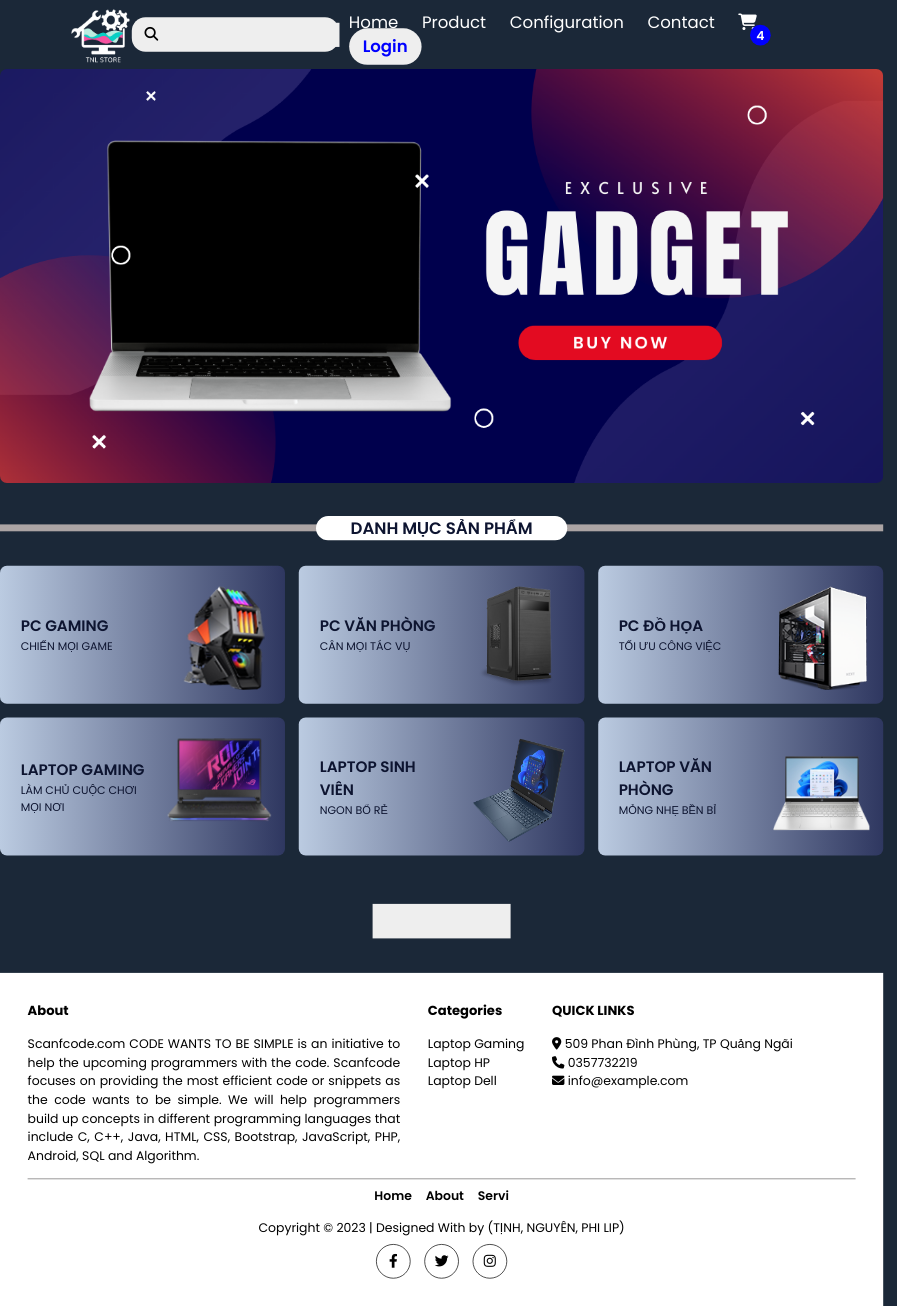
Repository: HPNChanel/DACS
Page: index.html
An editor plug-in stored every save of this project. The page is shown before and after the next save, followed by the edit.
The browser window is 1280 px wide. The page is 1300 px wide, so the pictures cover 1300 px, including what lies to the right of the window. The pictures show the whole page, at 69% of full size.

Above is the page before, as saved 2023-04-13 19:43:03.

### index.html
<!DOCTYPE html>
<html lang="en">
    <head>
        <meta charset="UTF-8" />
        <meta http-equiv="X-UA-Compatible" content="IE=edge" />
        <meta name="viewport" content="width=device-width, initial-scale=1.0" />
        <title>TNL Store</title>
        <link rel="stylesheet" href="./style/main.css" />
        <link rel="preconnect" href="https://fonts.googleapis.com" />
        <link rel="preconnect" href="https://fonts.gstatic.com" crossorigin />
        <link
            href="https://fonts.googleapis.com/css2?family=Poppins:ital,wght@0,100;0,200;0,300;0,400;0,500;0,600;0,700;1,100;1,200;1,300;1,400;1,500;1,700&display=swap"
            rel="stylesheet"
        />
        <link
            rel="stylesheet"
            href="https://cdnjs.cloudflare.com/ajax/libs/font-awesome/6.4.0/css/all.min.css"
            integrity="sha512-iecdLmaskl7CVkqkXNQ/ZH/XLlvWZOJyj7Yy7tcenmpD1ypASozpmT/E0iPtmFIB46ZmdtAc9eNBvH0H/ZpiBw=="
            crossorigin="anonymous"
            referrerpolicy="no-referrer"
        />
    </head>
    <body>
        <nav>
            <div class="nav-content">
                <div class="nav-logo">
                    <a href="">
                        <img
                            src="./image/Black Minimalist  Computer Service Logo (2)/5.png"
                            alt=""
                        />
                    </a>
                </div>
                <div class="nav-search">
                    <label for="nav-search">
                        <i class="fa fa-search"></i>
                        <input type="text" id="nav-search" />
                    </label>
                </div>
                <div class="nav-menu">
                    <a href="./index.html">Home</a>
                    <a href="./product.html">Product</a>
                    <a href="">Configuration</a>
                    <a href="#footer">Contact</a>
                    <a href="./cart/cart.html"
                        ><i class="fa-solid fa-cart-shopping"></i
                    ></a>
                    <a href="./Login_Registration/account.html" class="login"
                        >Login</a
                    >
                </div>
            </div>
        </nav>
        <main>
            <div class="slider">
                <div class="slides">
                    <input type="radio" name="radio-btn" id="radio1" />
                    <input type="radio" name="radio-btn" id="radio2" />
                    <input type="radio" name="radio-btn" id="radio3" />
                    <input type="radio" name="radio-btn" id="radio4" />

                    <div class="slide first">
                        <img src="./image/banner1.png" alt="" />
                    </div>
                    <div class="slide">
                        <img src="./image/banner2.png" alt="" />
                    </div>
                    <div class="slide">
                        <img src="./image/banner3.png" alt="" />
                    </div>
                    <div class="slide">
                        <img src="./image/banner4.png" alt="" />
                    </div>

                    <div class="navigation-auto">
                        <div class="auto-btn1"></div>
                        <div class="auto-btn2"></div>
                        <div class="auto-btn3"></div>
                        <div class="auto-btn4"></div>
                    </div>
                </div>

                <div class="navigation-manual">
                    <label for="radio1" class="munual-btn"></label>
                    <label for="radio2" class="munual-btn"></label>
                    <label for="radio3" class="munual-btn"></label>
                    <label for="radio4" class="munual-btn"></label>
                </div>
            </div>
            <!-- Block của content -->
            <div class="block">
                <div class="block-header">
                    <span class="block-header-title">DANH MỤC SẢN PHẨM</span>
                </div>
                <div class="block-content">
                    <a href="./product.html">
                        <div class="text">PC Gaming</div>
                        <div class="text-sub">Chiến mọi game</div>
                        <img src="./image/cat_maytinh_v2.png" alt="" />
                    </a>
                    <a href="./product.html">
                        <div class="text">PC Văn Phòng</div>
                        <div class="text-sub">Cân mọi tác vụ</div>
                        <img src="./image/cat-vanphong.png" alt="" />
                    </a>
                    <a href="./product.html">
                        <div class="text">PC Đồ họa</div>
                        <div class="text-sub">Tối ưu công việc</div>
                        <img src="./image/cat_dohoa_v3.png" alt="" />
                    </a>
                    <a href="./product.html">
                        <div class="text">Laptop Gaming</div>
                        <div class="text-sub">Làm chủ cuộc chơi mọi nơi</div>
                        <img
                            src="./image/cat_ laptop_v2.png"
                            alt=""
                            class="height-image"
                        />
                    </a>
                    <a href="./product.html">
                        <div class="text">Laptop sinh viên</div>
                        <div class="text-sub">Ngon bổ rẻ</div>
                        <img src="./image/laptop_sinhvien.png" alt="" />
                    </a>
                    <a href="./product.html">
                        <div class="text">Laptop Văn Phòng</div>
                        <div class="text-sub">Mỏng nhẹ bền bỉ</div>
                        <img src="./image/cat_laptop_hoctap_v2.png" alt="" />
                    </a>
                </div>
            </div>
            <a href="./product.html" class="next-product"> </a>
        </main>
        <!-- footer -->
        <footer id="footer">
            <div class="footer-top">
                <div class="footer-about">
                    <h6>About</h6>
                    <p>
                        Scanfcode.com CODE WANTS TO BE SIMPLE is an initiative
                        to help the upcoming programmers with the code.
                        Scanfcode focuses on providing the most efficient code
                        or snippets as the code wants to be simple. We will help
                        programmers build up concepts in different programming
                        languages that include C, C++, Java, HTML, CSS,
                        Bootstrap, JavaScript, PHP, Android, SQL and Algorithm.
                    </p>
                </div>
                <div class="footer-categories">
                    <h6>Categories</h6>
                    <a href=""><p>Laptop Gaming</p></a>
                    <a href=""><p>Laptop HP</p></a>
                    <a href=""><p>Laptop Dell</p></a>
                </div>
                <div class="footer-quickLinks">
                    <h6>QUICK LINKS</h6>
                    <p>
                        <i class="fa-sharp fa-solid fa-location-dot"> </i> 509
                        Phan Đình Phùng, TP Quảng Ngãi
                    </p>
                    <p><i class="fa fa-phone"></i> 0357732219</p>
                    <p><i class="fa-solid fa-envelope"></i> info@example.com</p>
                </div>
            </div>
            <div class="footer-bottom">
                <div class="footer-nav">
                    <a href=""> <p>Home</p> </a>
                    <a href=""> <p>About</p> </a>
                    <a href=""> <p>Servi</p> </a>
                </div>
                <p>
                    Copyright © 2023 | Designed With by (TỊNH, NGUYÊN, PHI LIP)
                </p>
                <div class="footer-icon-about">
                    <a href="">
                        <i class="fa-brands fa-facebook-f"></i>
                    </a>
                    <a href="">
                        <i class="fa-brands fa-twitter"></i>
                    </a>
                    <a href="">
                        <i class="fa-brands fa-instagram"></i>
                    </a>
                </div>
            </div>
        </footer>
        <script src="./javascript/main.js"></script>
    </body>
</html>

### style/main.css
* {
    margin: 0;
    padding: 0;
    box-sizing: border-box;
    list-style: none;
    text-decoration: none;
}
html {
    font-size: 62.5%;
    scroll-behavior: smooth;
}
body {
    font-family: "Poppins", sans-serif;
    font-size: 1.6rem;
    margin: 0 auto;
    background-color: #1b2838;
}
/* NAV */
nav {
    width: 100%;
    height: 100px;
    position: fixed;
    top: 0;
    left: 0;
    right: 0;
    background-color: #1b2838;
    z-index: 2;
    display: flex;
    align-items: center;
}
.nav-content {
    width: 100%;
    display: flex;
    align-items: center;
    justify-content: space-between;
    margin: 0 100px;
}
.nav-logo {
    width: 100px;
    height: 100px;
    object-fit: cover;
}
.nav-logo img {
    width: 100%;
    height: 100%;
}
.nav-search label {
    display: flex;
    align-items: center;
    justify-content: center;
    width: 300px;
    height: 50px;
    background-color: #eee;
    border-radius: 20px;
    cursor: pointer;
    /* margin-left: -300px; */
}
.nav-search i {
    font-size: 20px;
    padding-left: 20px;
}
.nav-search input {
    padding: 5px 15px 5px 15px;
    outline: none;
    background-color: inherit;
    border: none;
    font-size: 18px;
    line-height: 25px;
}
.nav-menu a {
    font-size: 24px;
    color: white;
    margin: 0 15px;
}
.nav-menu a:not(:last-child):hover {
    border-bottom: 3px solid #eee;
}
.nav-menu a:nth-child(5) {
    position: relative;
}
.nav-menu a:nth-child(5)::before {
    content: "4";
    position: absolute;
    top: 20px;
    right: -20px;
    font-size: 18px;
    font-weight: 600;
    width: 30px;
    height: 30px;
    color: white;
    background-color: blue;
    border-radius: 50%;
    display: flex;
    justify-content: center;
    align-items: center;
}
.nav-menu .login {
    padding: 10px 20px;
    border-radius: 30px;
    color: blue;
    background-color: #eee;
    font-weight: 600;
}
/* END NAV */
main {
    width: 1280px;
    margin: 0 auto;
    margin-top: 100px;
}
.slider {
    width: 1280px;
    height: 60rem;
    border-radius: 10px;
    overflow: hidden;
}
.slides {
    width: 500%;
    height: 50rem;
    display: flex;
}
.slides input {
    display: none;
}
.slide {
    width: 20%;
    transition: 2s;
}
.slide img {
    width: 1280px;
    height: 600px;
}

.navigation-manual {
    position: absolute;
    width: 1280px;
    display: flex;
    justify-content: center;
    margin-top: 40px;
}
.munual-btn {
    border: 2px solid var(--slide-background-color);
    padding: 5px;
    border-radius: 10px;
    cursor: pointer;
    transition: 1s;
}
.munual-btn:not(:last-child) {
    margin-right: 10px;
}
.munual-btn:hover {
    background-color: var(--slide-background-color);
}

#radio1:checked ~ .first {
    margin-left: 0;
}
#radio2:checked ~ .first {
    margin-left: -20%;
}
#radio3:checked ~ .first {
    margin-left: -40%;
}
#radio4:checked ~ .first {
    margin-left: -60%;
}

.navigation-auto {
    position: absolute;
    display: flex;
    width: 1280px;
    justify-content: center;
    margin-top: 540px;
}
.navigation-auto div {
    border: 2px solid var(--slide-background-color);
    padding: 5px;
    border-radius: 10px;
    transition: 1s;
}
.navigation-auto div:not(:last-child) {
    margin-right: 10px;
}

#radio1:checked ~ .navigation-auto .auto-btn1 {
    background-color: var(--slide-background-color);
}
#radio2:checked ~ .navigation-auto .auto-btn2 {
    background-color: var(--slide-background-color);
}
#radio3:checked ~ .navigation-auto .auto-btn3 {
    background-color: var(--slide-background-color);
}
#radio4:checked ~ .navigation-auto .auto-btn4 {
    background-color: var(--slide-background-color);
}

.block {
    margin-top: 60px;
}
.block-header {
    display: flex;
    align-items: center;
    justify-content: center;
    background-color: #aba4a4;
    height: 10px;
}
.block-header-title {
    position: relative;
    padding-left: 50px;
    padding-right: 50px;
    background-color: white;
    font-weight: 600;
    border-radius: 30px;
    font-size: 2.4rem;
    color: #0d1430;
}
.block-content {
    margin-top: 50px;
    display: flex;
    flex-wrap: wrap;
    margin-right: -2rem;
}
.block-content a {
    width: calc(33.33% - 2rem);
    height: 20rem;
    display: flex;
    flex-direction: column;
    align-items: flex-start;
    justify-content: center;
    margin-right: 2rem;
    margin-bottom: 2rem;
    padding-left: 30px;
    background: linear-gradient(to right, #bbcbe1 0, #313965e4 100%);
    position: relative;
    border-radius: 10px;
}
.block-content .text,
.block-content .text-sub {
    text-transform: uppercase;
    color: #0d1430;
    width: 50%;
}
.block-content .text {
    font-weight: 600;
    font-size: 2.2rem;
}
.block-content img {
    position: absolute;
    top: 3rem;
    right: 2rem;
    width: 15rem;
    height: 15rem;
    /* box-shadow: 10px 10px 10px red; */
}
.block-content .height-image {
    height: 12rem;
}
.block-content a:hover {
    scale: 1.05;
    transition: all 0.2s ease-in-out;
    box-shadow: 0px 0 10px 5px #dce5f3;
}

.next-product {
    display: block;
    margin: 50px auto;
    /* padding: 30px 60px; */
    width: 200px;
    height: 50px;
    background-color: #eee;
    font-size: 20px;
    display: flex;
    align-items: center;
    justify-content: center;
}
/* Footer*/
footer {
    width: 100%;
    background-color: white;
    padding: 40px;
}
.footer-top {
    display: flex;
    color: black;
    font-size: 18px;
    border-bottom: 1px solid #6f6d6d;
    padding-bottom: 20px;
}
.footer-about {
    width: 45%;
    margin-right: 40px;
}
.footer-about p {
    text-align: justify;
}
h6 {
    font-size: 19px;
    font-weight: 700;
    margin-bottom: 20px;
}

.footer-categories a {
    color: black;
}
.footer-categories {
    margin-right: 40px;
}
.footer-bottom {
    display: flex;
    align-items: center;
    flex-direction: column;
}
.footer-nav {
    display: flex;
    flex-direction: row;
}
.footer-nav a {
    font-size: 18px;
    color: black;
    font-weight: 600;
    margin: 10px;
}
.footer-bottom p {
    font-size: 18px;
    margin-bottom: 10px;
}
.footer-icon-about {
    font-size: 20px;
    display: flex;
    flex-direction: row;
}
.footer-icon-about a {
    display: inline-block;
    width: 50px;
    border: 1px solid black;
    border-radius: 50%;
    height: 50px;
    display: flex;
    align-items: center;
    justify-content: center;
    /* margin: top right bottom left */
    margin: 0 10px;
}
.footer-icon-about i {
    color: black;
}

### javascript/main.js
var counter = 1;
setInterval(function () {
  document.getElementById("radio" + counter).checked = true;
  counter++;
  if (counter > 4) {
    counter = 1;
  }
}, 5000);

After the next save:
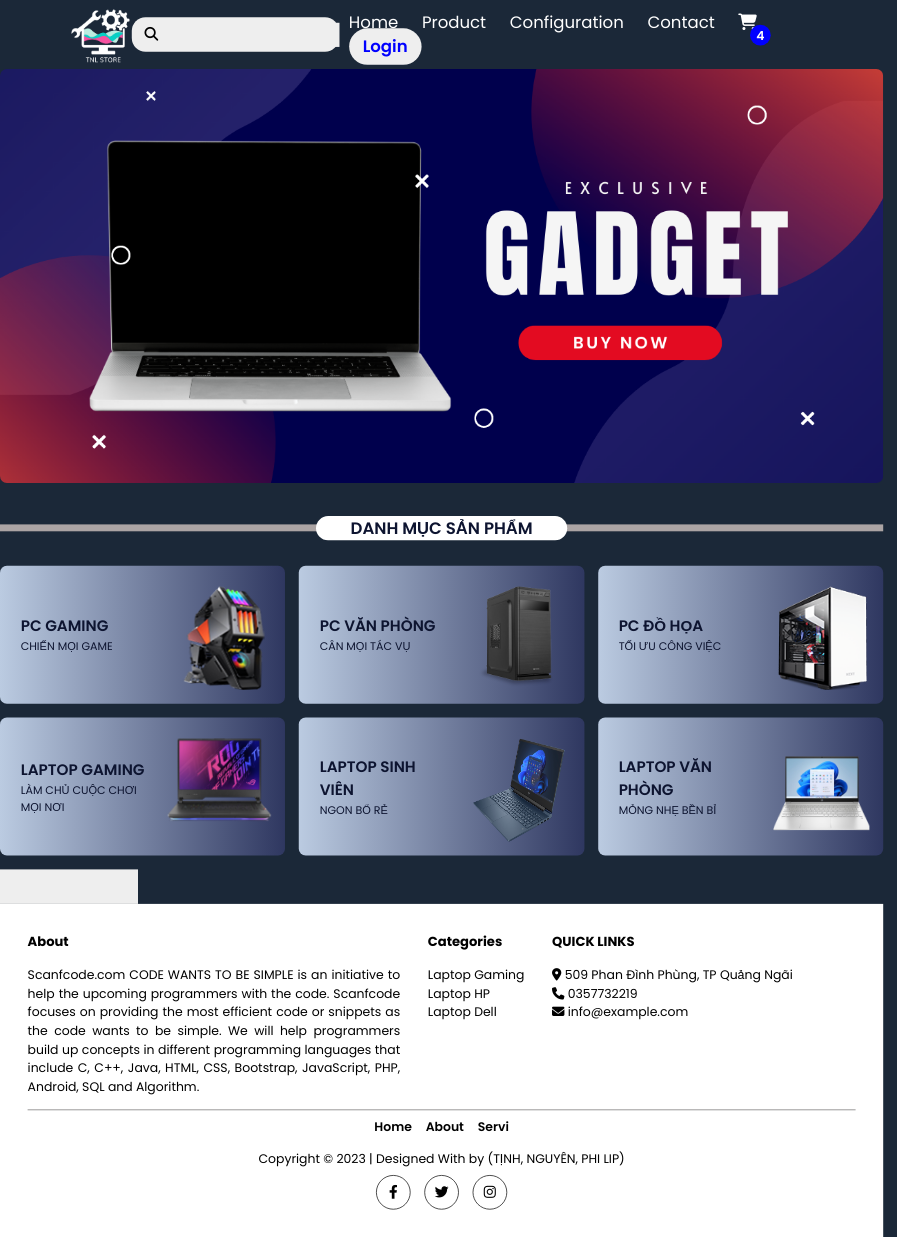
Saved 10 s later.
--- a/style/main.css
+++ b/style/main.css
@@ -263,8 +263,7 @@
 
 .next-product {
     display: block;
-    margin: 50px auto;
-    /* padding: 30px 60px; */
+    /* margin: 50px auto; */
     width: 200px;
     height: 50px;
     background-color: #eee;

After the save that followed:
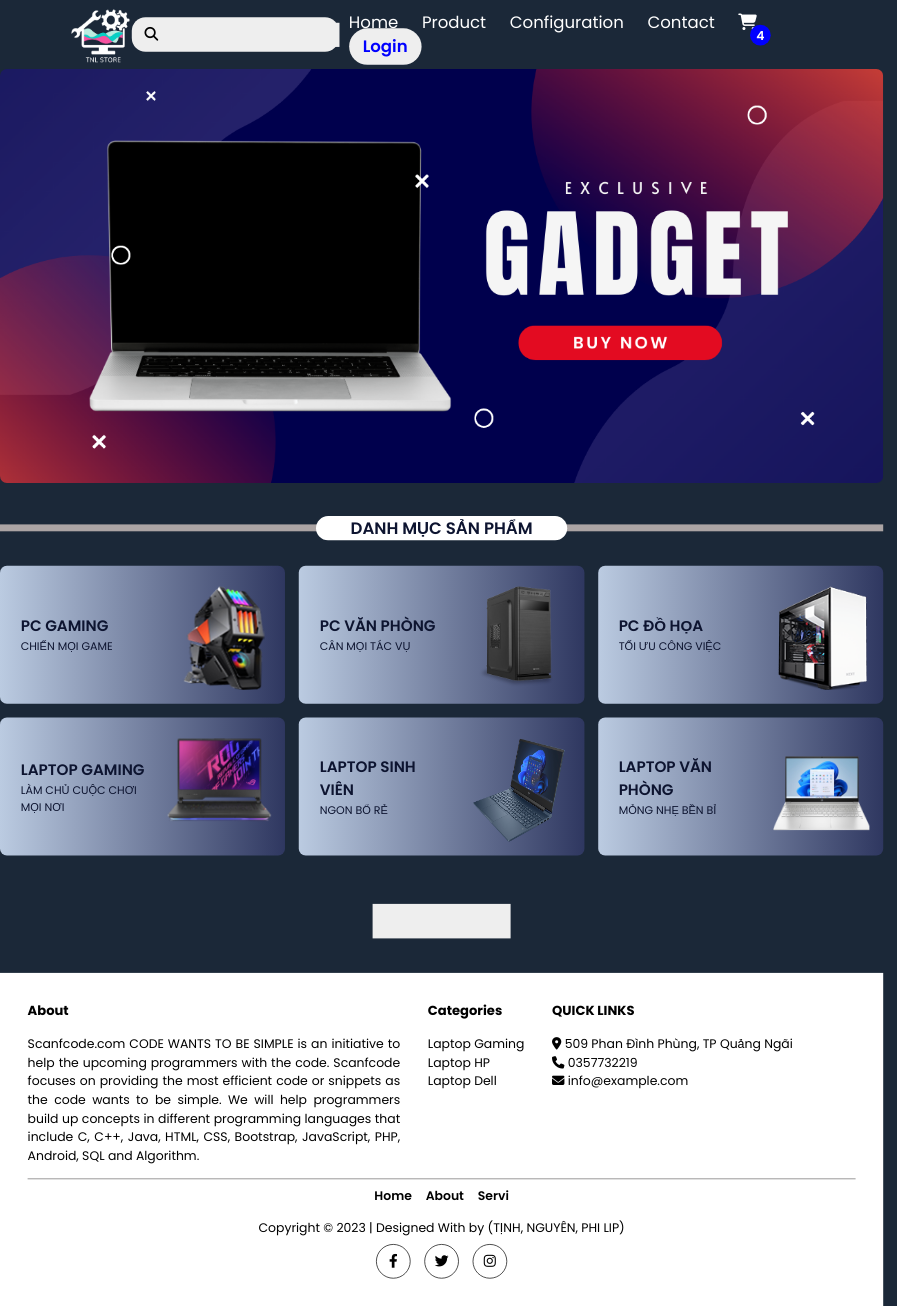
Saved 9 s later.
--- a/style/main.css
+++ b/style/main.css
@@ -263,7 +263,7 @@
 
 .next-product {
     display: block;
-    /* margin: 50px auto; */
+    margin: 50px auto;
     width: 200px;
     height: 50px;
     background-color: #eee;
